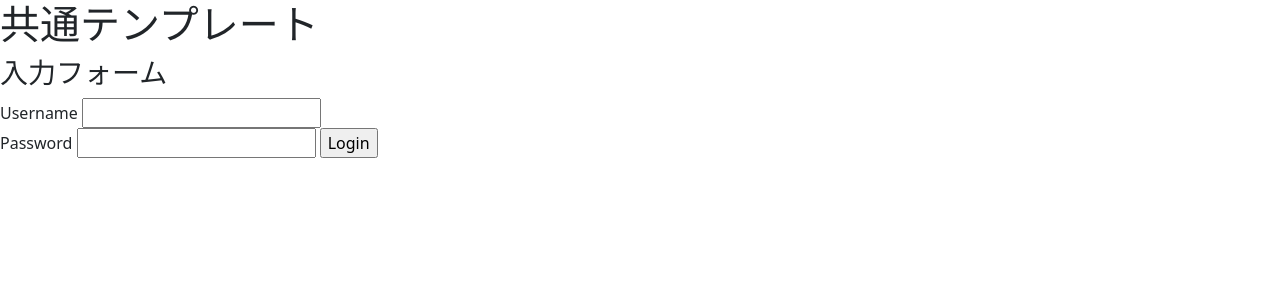
Repository: tt-nk/form-app
Page: http://localhost/login
An editor plug-in stored every save of this project. The page is shown before and after the next save, followed by the edit.
The browser window is 1280 px wide. The pictures show the whole page.
The page is served by the project's application, run on Flask 3 (app.py).

Above is the page before, as saved 2021-12-15 00:44:27.

After the next save:
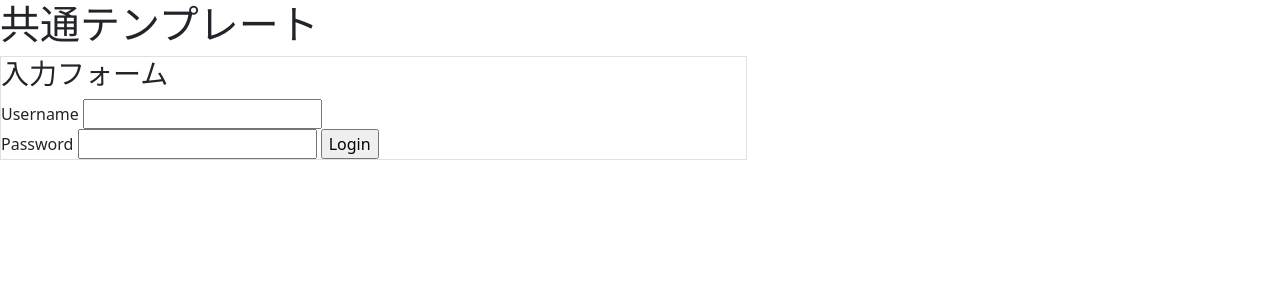
Saved 4 min 58 s later.
--- a/templates/form.html
+++ b/templates/form.html
@@ -1,17 +1,19 @@
 {% extends 'base.html' %}
 {% block content %}
-<h3>入力フォーム</h3>
-<form method="POST" action="{{url_for('form')}}">
-    {{form.csrf_token}}
-    {{ form.username.label }}
-    {{ form.username }}
-    <div>
-        {% for error in form.username.errors %}
-        <span style="color:red;">{{error}}</span>
-        {% endfor %}
-    </div>
-    {{ form.password.label }}
-    {{ form.password }}
-    {{ form.submit}}
-</form>
+<div class="border col-7">
+    <h3>入力フォーム</h3>
+    <form method="POST" action="{{url_for('form')}}">
+        {{form.csrf_token}}
+        {{ form.username.label }}
+        {{ form.username }}
+        <div>
+            {% for error in form.username.errors %}
+            <span style="color:red;">{{error}}</span>
+            {% endfor %}
+        </div>
+        {{ form.password.label }}
+        {{ form.password }}
+        {{ form.submit}}
+    </form>
+</div>
 {% endblock %}
